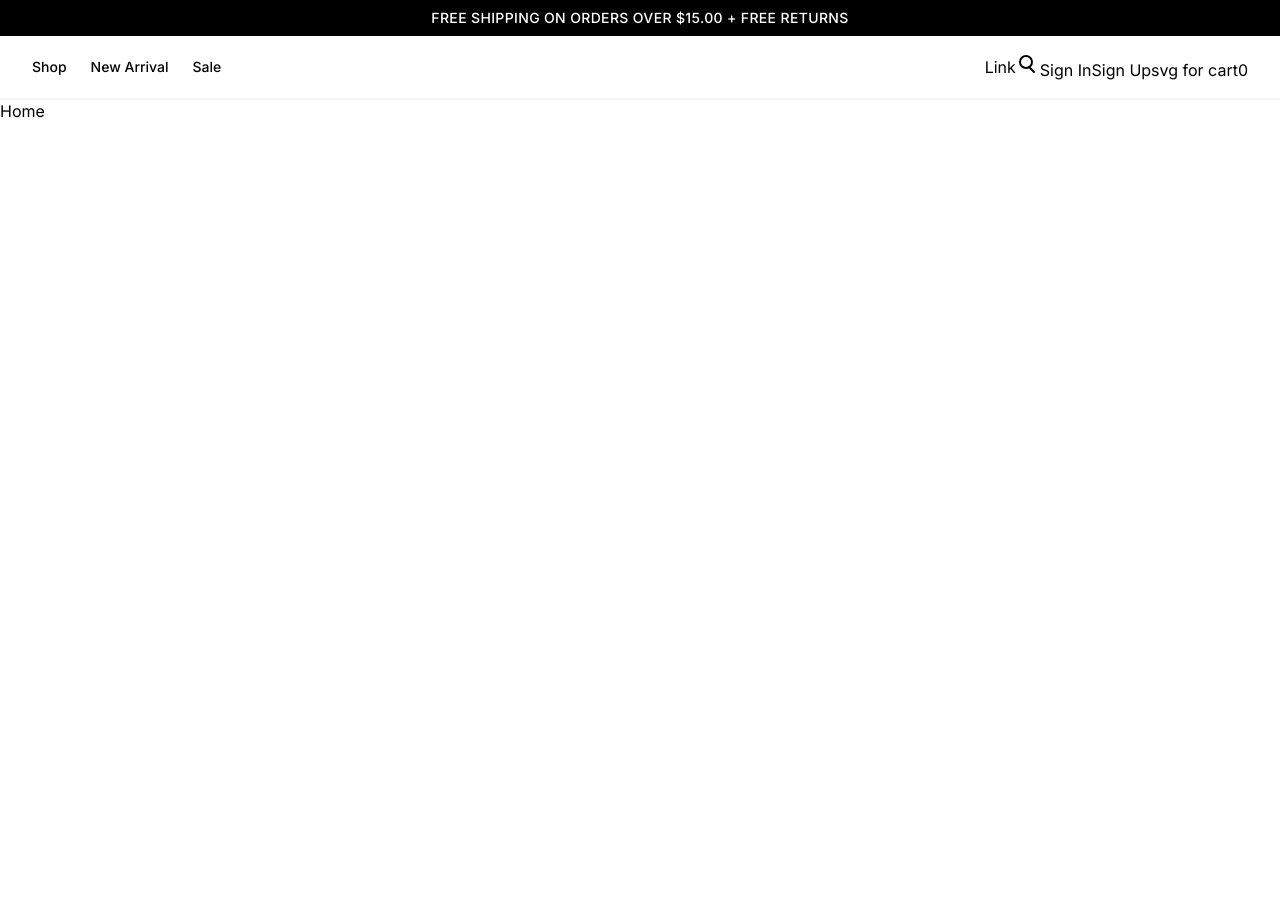
Repository: DiwanMalla/TEMU_CLONE
Page: /
The author's editor kept a copy of each file at every save. The page is drawn from the files as they stood at one save, then again after the next save.
The browser window is 1280 px wide. The pictures show the whole page.
The project was rebuilt for these pictures with package versions that can differ from the ones it lists, and the page was loaded fresh each time. The framework's server and built-in components were replaced by stand-ins that run in the browser. Also part of the build but not shown: next.config.ts.

Above is the page before, as saved 2025-01-20 22:37:43.

### app/layout.tsx
import type { Metadata } from "next";
import "./globals.css";
import { Inter } from "next/font/google";
import Header from "@/components/layout/Header";

const inter = Inter({ subsets: ["latin"] });
export const metadata: Metadata = {
  title: "Create Next App",
  description: "Generated by create next app",
};

export default function RootLayout({
  children,
}: Readonly<{
  children: React.ReactNode;
}>) {
  return (
    <html lang="en">
      <body
        className={`${inter.className} antialiased bg-white min-h-[125vh] text-black`}
      >
        <Header />
        {children}
      </body>
    </html>
  );
}

### app/page.tsx
import Header from "@/components/layout/Header";

const page = () => {
  return <div>Home</div>;
};

export default page;

### components/layout/Header.tsx
"use client";
import Link from "next/link";
import { useEffect, useState } from "react";

const AnnounecementBar = () => {
  return (
    <div className="w-full bg-black py-2">
      <div className="container mx-auto flex items-center justify-center px-3">
        <span className="text-center text-sm font-medium tracking-wide text-white">
          FREE SHIPPING ON ORDERS OVER $15.00 + FREE RETURNS
        </span>
      </div>
    </div>
  );
};
const Header = () => {
  const [isOpen, setIsOpen] = useState(false);
  const [prevScrollY, setPrevScrollY] = useState<number>(0);
  useEffect(() => {
    const handleScroll = () => {
      const currentScrollY = window.scrollY;
      const scrolledUp = currentScrollY < prevScrollY;
      if (scrolledUp) {
        setIsOpen(true);
      } else if (currentScrollY > 100) {
        setIsOpen(false);
      }
      setPrevScrollY(currentScrollY);
    };
    setPrevScrollY(window.scrollY);
    window.addEventListener("scroll", handleScroll);
    return () => {
      window.removeEventListener("scroll", handleScroll);
    };
  }, [prevScrollY]);
  return (
    <header className="w-full sticky top-0 z-50">
      <div
        className={`w-full transform transition-transform duration-300 ease-in-out ${
          isOpen ? `translate-y-0` : "-translate-y-full"
        }`}
      >
        <AnnounecementBar />
        <div className="w-full flex justify-between items-center py-3 sm:py-4 bg-white/80 shadow-sm border-b border-gray-100 backdrop-blur-sm">
          <div className="flex justify-between items-center container mx-auto px-8">
            <div className="flex flex-1 justify-start items-center gap-4 sm:gap-6">
              <button className="text-gray-700 hover:text-gray-900 md:hidden">
                <svg
                  xmlns="http://www.w3.org/2000/svg"
                  className="h-5 w-5 sm:h-6 sm:w-6 block lg:hidden"
                  fill="none"
                  viewBox="0 0 24 24"
                  stroke="currentColor"
                  strokeWidth={2}
                >
                  <path
                    strokeLinecap="round"
                    strokeLinejoin="round"
                    d="M4 6h16M4 12h16M4 18h16"
                  />
                </svg>
              </button>
              <nav className="hidden md:flex gap-4 lg:gap-6 text-sm font-medium">
                <Link href="#">Shop</Link>
                <Link href="#">New Arrival</Link>
                <Link href="#">Sale</Link>
              </nav>
            </div>
            <Link href="#">Link</Link>
            <div>
              <button>
                <svg
                  xmlns="http://www.w3.org/2000/svg"
                  className="h-5 w-5 sm:h-6 sm:w-6"
                  fill="none"
                  viewBox="0 0 24 24"
                  stroke="currentColor"
                  strokeWidth={2}
                >
                  <path
                    strokeLinecap="round"
                    strokeLinejoin="round"
                    d="M10 4a6 6 0 100 12 6 6 0 000-12zm8 16l-4-4"
                  />
                </svg>
              </button>
              <Link href="/auth/sign-in">Sign In</Link>
              <Link href="/auth/sign-up">Sign Up</Link>
              <button>
                svg for cart
                <span>0</span>
              </button>
            </div>
          </div>
        </div>
      </div>
    </header>
  );
};

export default Header;

Loaded but not shown: app/globals.css (common file); tailwind.config.ts (common file)

After the next save:
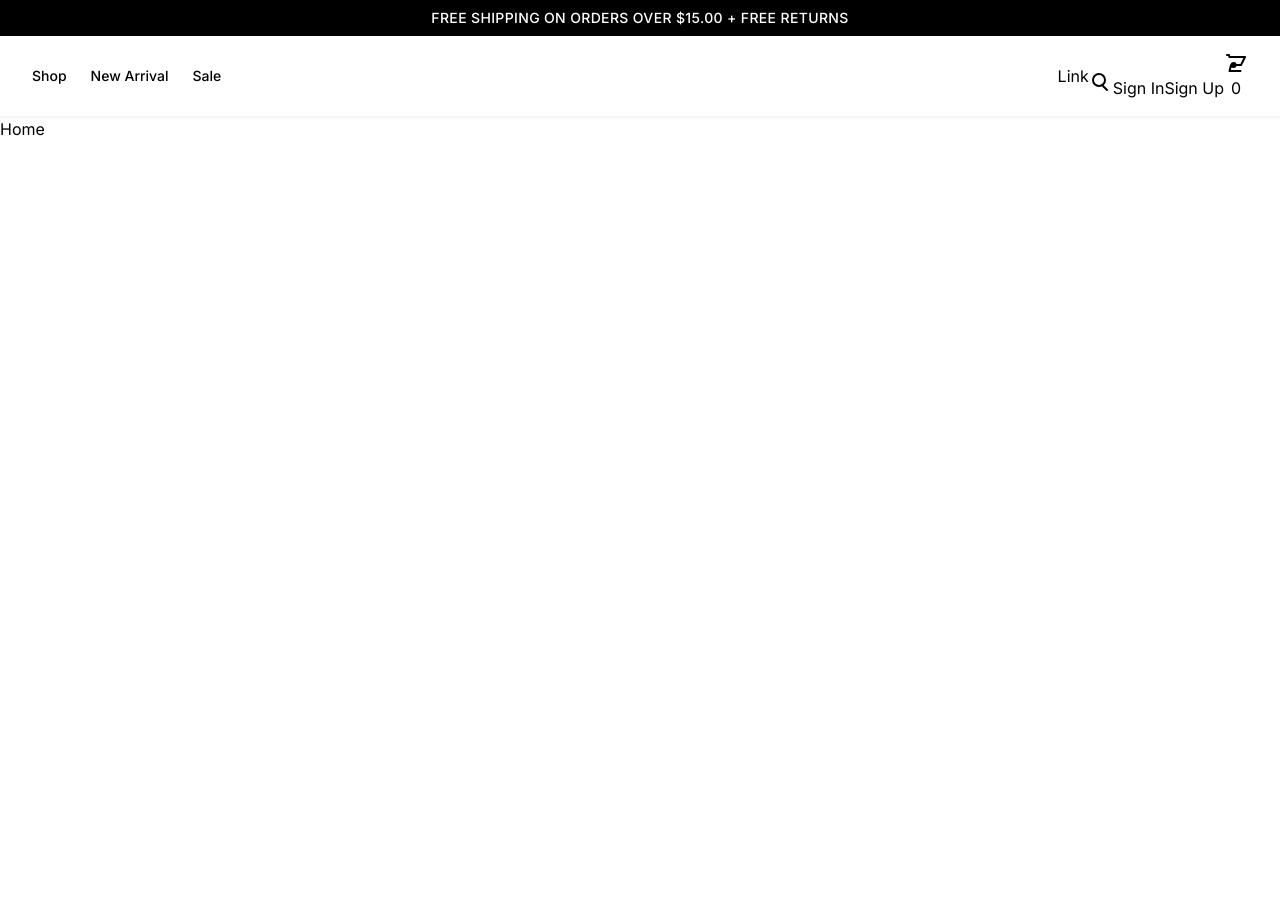
Saved 25 s later.
--- a/components/layout/Header.tsx
+++ b/components/layout/Header.tsx
@@ -87,7 +87,21 @@ const Header = () => {
               <Link href="/auth/sign-in">Sign In</Link>
               <Link href="/auth/sign-up">Sign Up</Link>
               <button>
-                svg for cart
+                <svg
+                  xmlns="http://www.w3.org/2000/svg"
+                  className="h-5 w-5 sm:h-6 sm:w-6"
+                  fill="none"
+                  viewBox="0 0 24 24"
+                  stroke="currentColor"
+                  strokeWidth={2}
+                >
+                  <path
+                    strokeLinecap="round"
+                    strokeLinejoin="round"
+                    d="M3 3h2l.4 2M7 13h10l4-8H5.4M7 13l-1.5 6h11m-4.9-6a2 2 0 11-4 0 2 2 0 014 0z"
+                  />
+                </svg>
+
                 <span>0</span>
               </button>
             </div>
